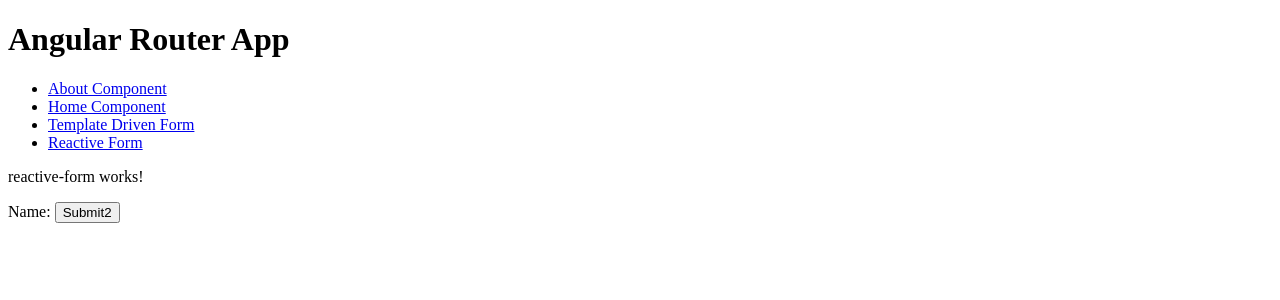
Repository: PhamTrungNguyen/Angular12
Page: /reactive (app in Angular/)
The author's editor kept a copy of each file at every save. The page is drawn from the files as they stood at one save, then again after the next save.
The browser window is 1280 px wide. The pictures show the whole page.
The project was rebuilt for these pictures with package versions that can differ from the ones it lists, and the page was loaded fresh each time. Also part of the build but not shown: Angular/angular.json, Angular/src/app/template-driven-form/template-driven-form.component.ts, Angular/src/app/Service/home.service.ts, Angular/src/app/home/home.component.ts, Angular/src/app/about/about.component.ts, Angular/src/app/page-not-found/page-not-found.component.ts.

Above is the page before, as saved 2023-01-04 17:53:39.

### Angular/src/app/app.module.ts
import { NgModule } from '@angular/core';
import { BrowserModule } from '@angular/platform-browser';

import { AppRoutingModule } from './app-routing.module';
import { AppComponent } from './app.component';
import { HomeComponent } from './home/home.component';
import { AboutComponent } from './about/about.component';
import { FormsModule } from '@angular/forms';
import { OnSalePipe } from './on-sale.pipe';
import { PageNotFoundComponent } from './page-not-found/page-not-found.component';
import { HighlightDirective } from './Directives/highlight.directive';
import { TemplateDrivenFormComponent } from './template-driven-form/template-driven-form.component';
import { ReactiveFormComponent } from './reactive-form/reactive-form.component';
import { ReactiveFormsModule } from '@angular/forms';
@NgModule({
  declarations: [
    AppComponent,
    HomeComponent,
    AboutComponent,
    OnSalePipe,
    PageNotFoundComponent,
    HighlightDirective,
    TemplateDrivenFormComponent,
    ReactiveFormComponent,
  ],
  imports: [BrowserModule, AppRoutingModule, FormsModule, ReactiveFormsModule],
  providers: [],
  bootstrap: [AppComponent],
})
export class AppModule {}

### Angular/src/app/app-routing.module.ts
import { TemplateDrivenFormComponent } from './template-driven-form/template-driven-form.component';
import { HomeComponent } from './home/home.component';
import { AboutComponent } from './about/about.component';
import { PageNotFoundComponent } from './page-not-found/page-not-found.component';
import { NgModule } from '@angular/core';
import { RouterModule, Routes } from '@angular/router';
import { ReactiveFormComponent } from './reactive-form/reactive-form.component';

const routes: Routes = [
  { path: 'about', component: AboutComponent },
  { path: 'home', component: HomeComponent },
  { path: 'form', component: TemplateDrivenFormComponent },
  { path: 'reactive', component: ReactiveFormComponent },
  { path: '', component: HomeComponent },
  { path: '**', component: PageNotFoundComponent },
];

@NgModule({
  imports: [RouterModule.forRoot(routes)],
  exports: [RouterModule],
})
export class AppRoutingModule {}

### Angular/src/app/on-sale.pipe.ts
import { Pipe, PipeTransform } from '@angular/core';

@Pipe({
  name: 'onSale',
})
export class OnSalePipe implements PipeTransform {
  transform(value: unknown, ...args: unknown[]): unknown {
    // console.log('my pipe', value);
    try {
      if (value) {
        return 'Đang hạ giá';
      }
    } catch (error) {}
    return null;
  }
}

### Angular/src/app/Directives/highlight.directive.ts
import { Directive, ElementRef, Input } from '@angular/core';

@Directive({
  selector: '[appHighlight]',
})
export class HighlightDirective {
  @Input() appHighlight = 'blue';
  constructor(private el: ElementRef) {}
  public ngOnInit(): void {
    // console.log('HighlightDirective', this.appHighlight);
    this.el.nativeElement.style.color = this.appHighlight;
  }
}

### Angular/src/app/reactive-form/reactive-form.component.ts
import { Component, OnInit } from '@angular/core';
import { FormControl, FormGroup } from '@angular/forms';

@Component({
  selector: 'app-reactive-form',
  templateUrl: './reactive-form.component.html',
  styleUrls: ['./reactive-form.component.scss'],
})
export class ReactiveFormComponent {
  // myForm: FormGroup;
  public formData: FormGroup = new FormGroup({
    name: new FormControl('nguyen'),
    // email: new FormControl(''),
    // message: new FormControl(''),
  });

  ngOnInit() {}
}

### Angular/src/app/app.component.html
<h1>Angular Router App</h1>
<!-- This nav gives you links to click, which tells the router which route to use (defined in the routes constant in  AppRoutingModule) -->
<nav>
    <ul>
        <li>
            <a routerLink="/about" routerLinkActive="active" ariaCurrentWhenActive="page">About Component</a>
        </li>
        <li>
            <a routerLink="/home" routerLinkActive="active" ariaCurrentWhenActive="page">Home Component</a>
        </li>
        <li>
            <a routerLink="/form" routerLinkActive="active" ariaCurrentWhenActive="page">Template Driven Form</a>
        </li>
        <li>
            <a routerLink="/reactive" routerLinkActive="active" ariaCurrentWhenActive="page">Reactive Form</a>
        </li>
    </ul>
</nav>
<!-- The routed views render in the <router-outlet>-->
<router-outlet></router-outlet>

### Angular/src/app/reactive-form/reactive-form.component.html
<p>reactive-form works!</p>

<form action="" [formGroup]="formData">
    Name:
    <!-- <input type="text" [(ngModel)]="name" [ngModelOptions]="{ standalone: true }" /> -->
    <!-- <button (click)="submitForm()">Submit</button> -->
    <button>Submit2</button>
</form>

Loaded but not shown: Angular/src/index.html (common file); Angular/src/styles.scss (common file); Angular/src/main.ts (common file); Angular/src/app/app.component.ts (common file); Angular/src/app/app.component.scss (no stored copy; drawn as an empty file); Angular/src/app/reactive-form/reactive-form.component.scss (no stored copy; drawn as an empty file)

After the next save:
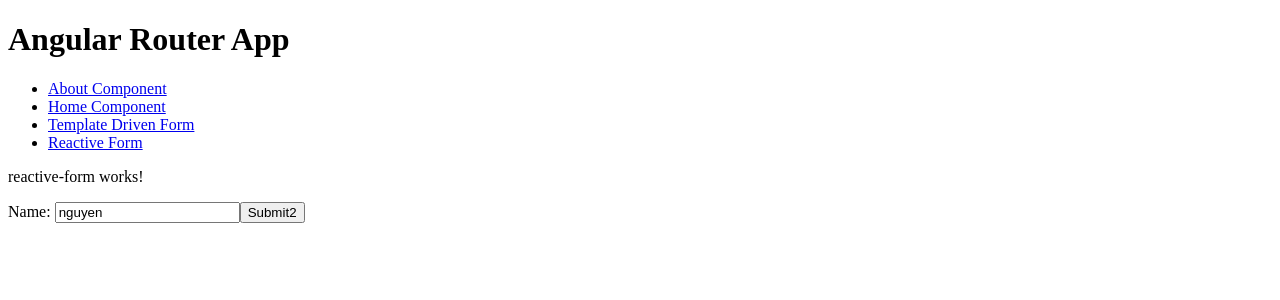
Saved 79 s later.
--- a/Angular/src/app/reactive-form/reactive-form.component.html
+++ b/Angular/src/app/reactive-form/reactive-form.component.html
@@ -2,7 +2,7 @@
 
 <form action="" [formGroup]="formData">
     Name:
-    <!-- <input type="text" [(ngModel)]="name" [ngModelOptions]="{ standalone: true }" /> -->
+    <input type="text" formControlName="name" placeholder="Your name" />
     <!-- <button (click)="submitForm()">Submit</button> -->
     <button>Submit2</button>
 </form>
